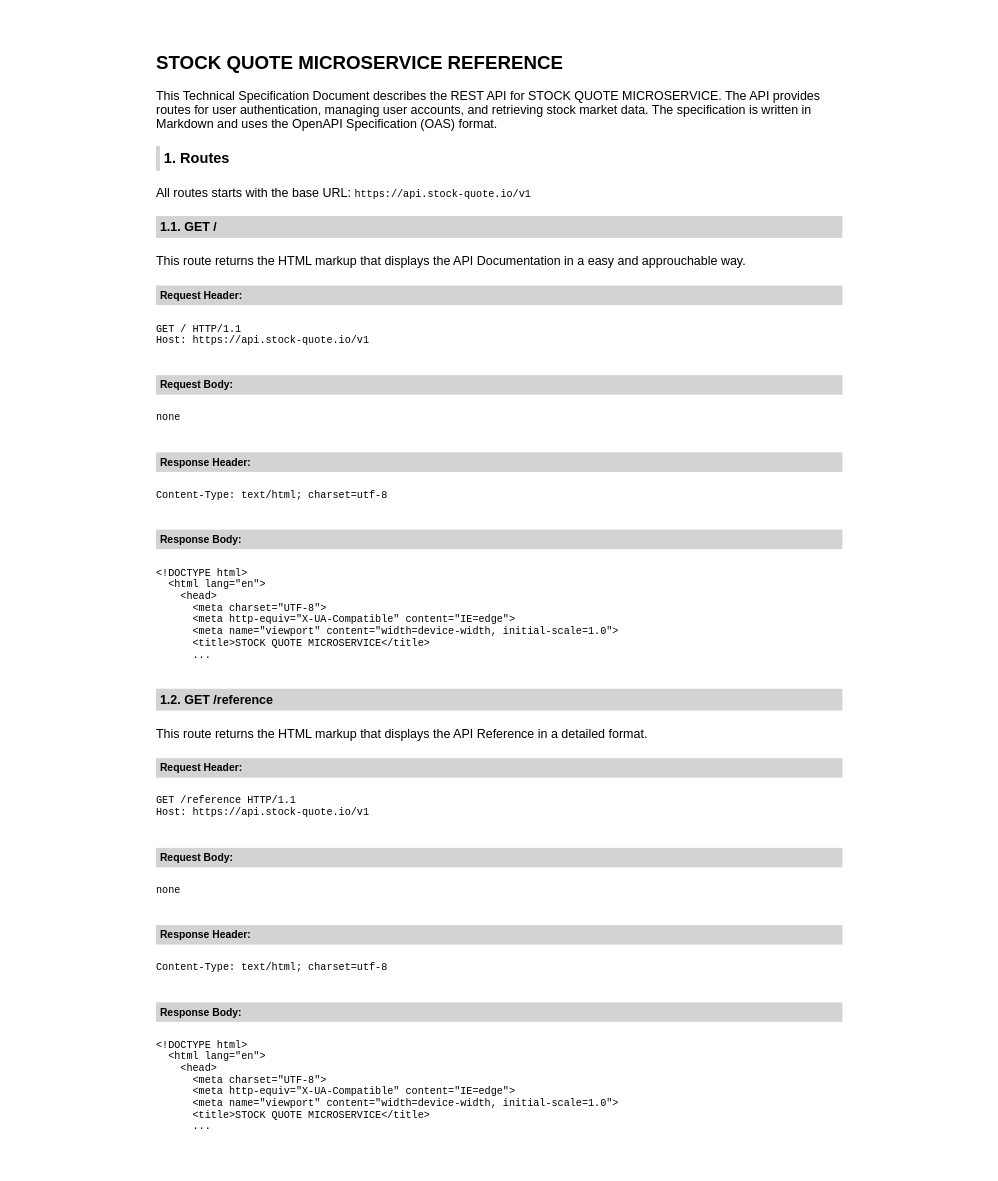
Repository: miguelamello/nest-js
Page: stock-service/reference.html
An editor plug-in stored every save of this project. The page is shown before and after a run of saves, followed by the edit.
The browser window is 1280 px wide. The pictures show the whole page, at 78% of full size.

Above is the page before, as saved 2023-04-03 13:58:09.

### stock-service/reference.html
<!DOCTYPE html>
<html lang="en">
<head>
  <meta charset="UTF-8">
  <meta http-equiv="X-UA-Compatible" content="IE=edge">
  <meta name="viewport" content="width=device-width, initial-scale=1.0">
  <title>STOCK QUOTE MICROSERVICE REFERENCE</title>
  <style>
    body {
      font-family: Arial, Helvetica, sans-serif;
      padding: 3% 15%;
    }
    h3 {
      padding: 5px;
      border-left: 5px solid lightgrey;
    }
    H4 {
      padding: 5px;
      background-color: lightgrey;
    }
    H5 {
      padding: 5px;
      background-color: lightgrey;
    }
    pre {
      margin: 0;
      overflow: auto;
    }
  </style>
</head>
<body>
  <h2>STOCK QUOTE MICROSERVICE REFERENCE</h2>
  <p>
    This Technical Specification Document describes the REST API for STOCK QUOTE MICROSERVICE.
    The API provides routes for user authentication, managing user accounts, and retrieving stock market data.
    The specification is written in Markdown and uses the OpenAPI Specification (OAS) format.
  </p>

  <p>
    <h3>1. Routes</h3>
    <p>
      All routes starts with the base URL: <code>https://api.stock-quote.io/v1</code>
    </p>
  </p>

  <!-- 1.1. GET /  -->
  <p>
    <h4>1.1. GET /</h4>
    This route returns the HTML markup that displays the API
    Documentation in a easy and approuchable way.
  </p>
  <h5>Request Header:</h5>
  <pre>
GET / HTTP/1.1
Host: https://api.stock-quote.io/v1
  </pre>

  <h5>Request Body:</h5>
  <pre>
none
  </pre>

  <h5>Response Header:</h5>
  <pre>
Content-Type: text/html; charset=utf-8
  </pre>

  <h5>Response Body: </h5>

  <pre>
&lt;!DOCTYPE html&gt;
  &lt;html lang="en"&gt;
    &lt;head&gt;
      &lt;meta charset="UTF-8"&gt;
      &lt;meta http-equiv="X-UA-Compatible" content="IE=edge"&gt;
      &lt;meta name="viewport" content="width=device-width, initial-scale=1.0"&gt;
      &lt;title&gt;STOCK QUOTE MICROSERVICE&lt;/title&gt;
      ...
  </pre>

  <!-- 1.2. GET /reference  -->
  <p>
    <h4>1.2. GET /reference</h4>
    This route returns the HTML markup that displays the API
    Reference in a detailed format.
  </p>
  <h5>Request Header:</h5>
  <pre>
GET /reference HTTP/1.1
Host: https://api.stock-quote.io/v1
  </pre>

  <h5>Request Body:</h5>
  <pre>
none
  </pre>

  <h5>Response Header:</h5>
  <pre>
Content-Type: text/html; charset=utf-8
  </pre>

  <h5>Response Body: </h5>

  <pre>
&lt;!DOCTYPE html&gt;
  &lt;html lang="en"&gt;
    &lt;head&gt;
      &lt;meta charset="UTF-8"&gt;
      &lt;meta http-equiv="X-UA-Compatible" content="IE=edge"&gt;
      &lt;meta name="viewport" content="width=device-width, initial-scale=1.0"&gt;
      &lt;title&gt;STOCK QUOTE MICROSERVICE&lt;/title&gt;
      ...
  </pre>

</body>
</html>

After the next 2 saves:
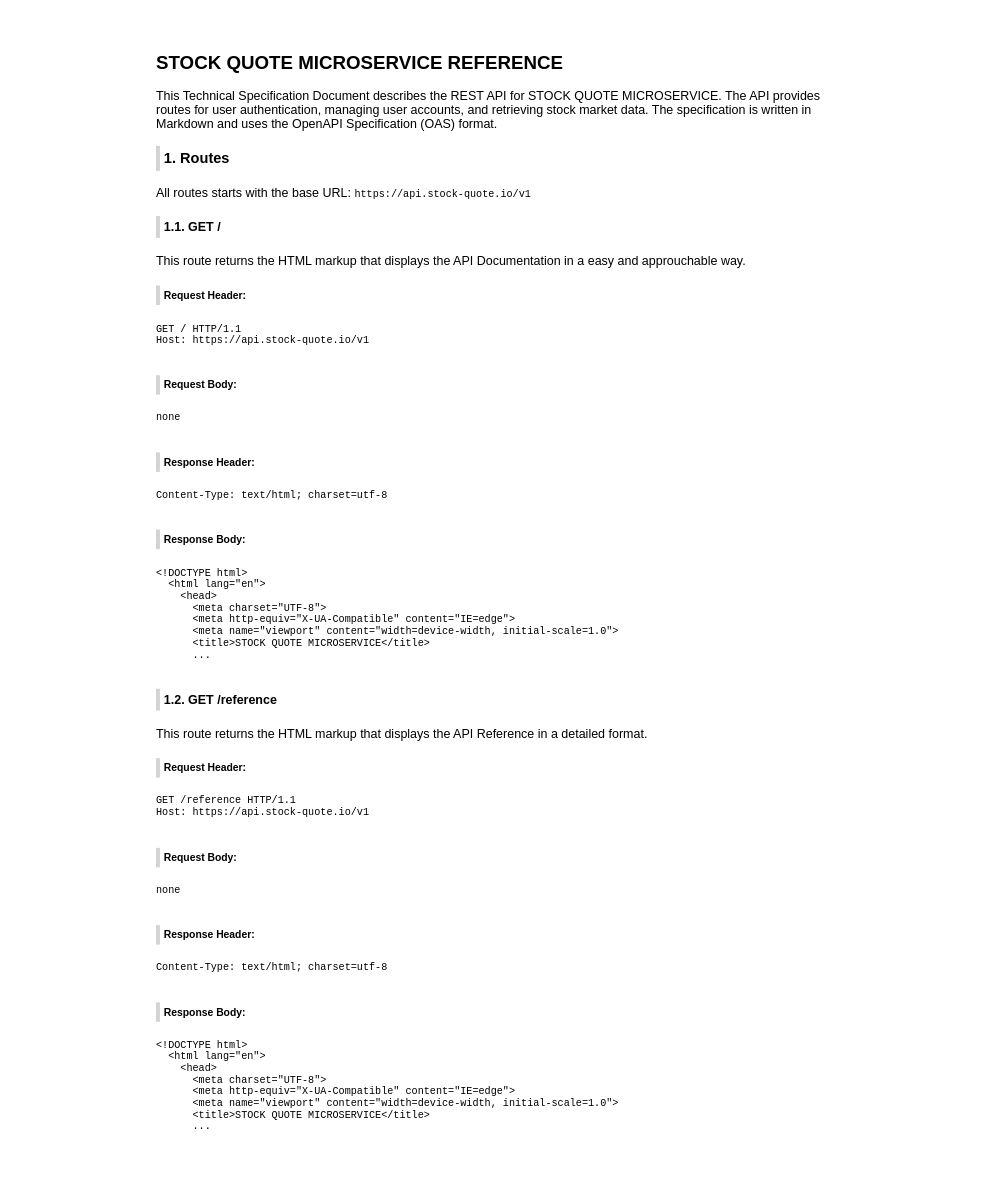
The 2 saves are shown as one change because they came seconds apart.
The last was saved 8 s later.
--- a/stock-service/reference.html
+++ b/stock-service/reference.html
@@ -16,11 +16,11 @@
     }
     H4 {
       padding: 5px;
-      background-color: lightgrey;
+      border-left: 5px solid lightgrey
     }
     H5 {
       padding: 5px;
-      background-color: lightgrey;
+      border-left: 5px solid lightgrey
     }
     pre {
       margin: 0;
